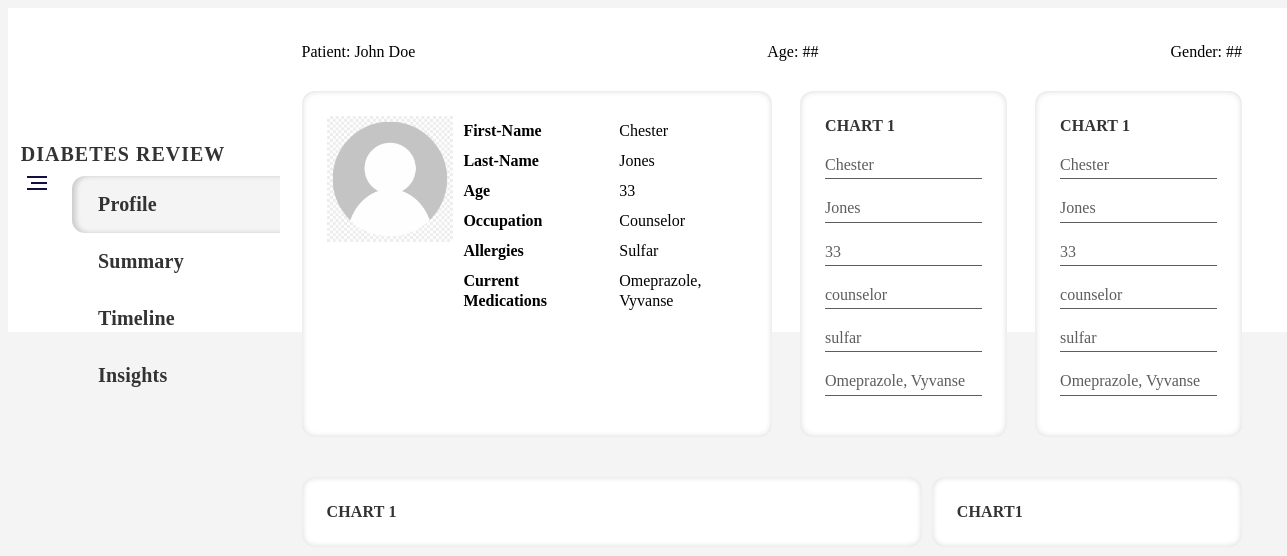
Repository: ariellecerini/clinical-reasoning
Page: /
The author's editor kept a copy of each file at every save. The page is drawn from the files as they stood at one save, then again after the next save.
The browser window is 1280 px wide. The page is 1287 px wide, so the pictures cover 1287 px, including what lies to the right of the window. The pictures show the whole page.
The project was rebuilt for these pictures with package versions that can differ from the ones it lists, and the page was loaded fresh each time.

Above is the page before, as saved 2021-07-19 00:06:55.

### src/App.vue
<template>

                <div class="page-container">
                    <div class="row">
                        <div class="col-3">
                        <side-panel v-bind="{showing: true, title: 'Diabetes Review'}" />
                        </div>
                        <div class="col-9 dashboard bodycontent">
                            <div class="row dashboard bodycontent top-bar" style="padding-bottom: 30px;">
                                <div>Patient: John Doe</div>
                                <div>Age: ##</div>
                                <div>Gender: ##</div>

                            </div>

                                <div class="row dashboard bodycontent" style="padding-bottom: 40px;">
                                    <div class="two-col">
                                        <profile-card :profile='data'/>
                                    </div>
                                     <div class="four-col">
                                        <info-module v-bind="{title: 'Chart 1', content: data}"/>
                                    </div>
                                     <div class="four-col">
                                        <info-module v-bind="{title: 'Chart 1', content: data}"/>
                                    </div>


                                </div>
                                <div class="row dashboard bodycontent">
                                    <div style="width: 66%; padding: 0;">
                                        <info-module v-bind="{title: 'Chart 1'}"/>
                                    </div>
                                    <div style="width: 33%;">
                                        <info-module v-bind="{title: 'Chart1'}"/>
                                    </div>
                                </div>
                        </div>
                    </div>
                </div>

</template>

<script>
import './stories/Dashboard/dashboard.css';
import './stories/style-tokens.css';
import SidePanel from './stories/Dashboard/Menu/SidePanel/SidePanel.vue'
import InfoModule from './stories/Dashboard/Components/InfoModule/InfoModule.vue';
import ProfileCard from './stories/Dashboard/Components/ProfileCard/ProfileCard.vue';
import './assets/bootstrap-4.1.3-dist/css/bootstrap-grid.min.css';
import profileData from "./assets/profileData.json";
import sampleData from "./assets/sampleData.json";

export default {
    name: "dashboard-layout",
    components: {
    InfoModule,
    SidePanel,
    ProfileCard
  },

    props:{
        title: String
    },
   data(){

        return{
            data: profileData,
            sample: sampleData
        }
      }

}
</script>

<style scoped>
.page-container{
    width: 100%;
    padding: 0;
    margin: 0;
    display:flexbox;
    justify-content: space-between;
}

.row.dashboard.bodycontent{
    width: 100%;
    display: flexbox;
    justify-content: space-between;

}
.col-9.dashboard.bodycontent{
    width: 100%;
    padding: 35px 30px 35px 0;

}
.two-col{
  width:50%;
}
.three-col{
    width: 33%;
}

.four-col{
    width: 22%;
}

iframe.sb-show-main.sb-main-padded{
    padding: 0 !important;
}
.card{
    width: 100%;
}

p{
  margin-top: 5px !important;
  margin-bottom: 5px !important;
}
</style>

### src/stories/Dashboard/dashboard.css
.card{
    background: var(--cardBackground) 0% 0% no-repeat padding-box;
    box-shadow: inset 0px 0px 6px #00000029;
    border-radius: 13px;
    width: 90%;
    height: 100%;
    padding: 25px;
    margin: auto;
}

h3.card-title.dashboard{
    text-align: left;
    font: normal normal bold 16px/20px IBM Plex Sans;
    letter-spacing: 0.18px;
    color: var(--black);
    text-transform: uppercase;
    opacity: 1;
    margin: 0;
}

.listItem{
    border-bottom: 1px solid var(--gray4);
    text-align: left;
    font: normal normal 400 16px/20px IBM Plex Sans;
    letter-spacing: 0px;
    color: #5D5D5D;
    opacity: 1;
    padding: 2% 0;
}

.main-nav{
    margin: 0;
}
.sidebar{
    /* display: none; */
display: inline-block;
position: fixed;
height: 90%;
margin-top: 10%;
}

### src/stories/Dashboard/Menu/SidePanel/SidePanel.vue
<template>


<div id="app">
 <nav class="main-nav">
     <div class="logo">
       {{ title }} <Burger></Burger>
     </div>

   </nav>
    <Sidebar class="sidebar menu navholder">

        <div class="menu-items">
            <menu-item @onClick="onClick" v-bind="{ active: true, hover: false, label: 'profile' }"/>
            <menu-item @onClick="onClick" v-bind="{ active: false, hover: false, label: 'summary' }"/>
            <menu-item @onClick="onClick" v-bind="{ active: false, hover: false, label: 'timeline' }"/>
            <menu-item @onClick="onClick" v-bind="{ active: false, hover: false, label: 'insights' }"/>
        </div>
   </Sidebar>



<!-- onclick function needs to be added
        set all 'active' props to false except for the menu item that was clicked
        switch the displayed info to the page that corresponds with the menu item
    -->

    </div>
</template>

<script>
import '../MenuItem/Menu.css';
import MenuItem from '../MenuItem/MenuItem.vue';
import Burger from '../MenuItem/Burger.vue';
import Sidebar from '../SidePanel/Sidebar.vue';
// import '../../../assets/normalize.css'

export default {
 name: 'side-panel',
  components: {
      MenuItem,
      Burger,
      Sidebar
      },
 props: {
     title: {
      type: String,
      required: true
    }
 }
}
</script>

<style scoped>
 .main-nav {
   display: flex;
   justify-content: space-between;
   padding: 0.5rem 0.8rem;
 }

 ul.sidebar-panel-nav {
   list-style-type: none;
 }

 ul.sidebar-panel-nav > li > a {
   color: #fff;
   text-decoration: none;
   font-size: 1.5rem;
   display: block;
   padding-bottom: 0.5em;
 }
</style>

### src/stories/Dashboard/Components/InfoModule/InfoModule.vue
<template>
  <Card class="card">
    <h3 class="card-title dashboard">{{title}}</h3>
    <div v-if= "contentType === 'ListTable'">
      <ListTable v-bind="{content: content}" />
      </div>
  </Card>
</template>

<script>
import '../../dashboard.css';
import Card from '../Card/Card.vue';
import ListTable from '../ListTable/ListTable.vue'
// import '../../../assets/normalize.css'

// import '../../../assets/style.css'

export default {
  name: 'info-module',
  components: { Card, ListTable },
  props: {
    title: {
      type: String,
      required: true,
      default: "Insert Title Here"
    },
    content: {
      type: Array,
      required: false

    },
    contentType:{
      type: String,
      required: true,
      default: 'ListTable'
    }
  },
};
</script>

### src/stories/Dashboard/Components/ProfileCard/ProfileCard.vue
<template>
  <Card class="card">
   <div class="profile-card">
       <div class="left-side">
            <div class="profile-image" style="width: 100%;">
                    <img src="../../../assets/place-holder.png" style="width: 100%;">
                </div>

            {{profile.name}}
        </div>

        <div class="right-side">
            <div v-for="(value, name) in profile" :key="value">
                <!-- <div v-for="newDataValue in newDataValues" :key="newDataValue"> -->
                 <div style="display: flex; justify-content: space-between;  font: normal normal 500 16px/20px IBM Plex Sans">
                    <div style="width: 45%;">
                        <p>
                          <strong>
                            {{name}}
                          </strong>
                        </p>
                    </div>
                    <div style="width: 45%; ">
                      <p>
                        {{value}}
                      </p>
                    </div>
                </div>
                    <!-- </div> -->
            </div>
        </div>
      </div>
  </Card>
</template>

<script>
import '../../dashboard.css';
import Card from '../Card/Card.vue';

// import '../../../assets/normalize.css'

// import '../../../assets/style.css'

export default {
  name: 'profile-card',
  components: { Card },
  props: {
    title: {
      type: String,
      required: true,
      default: "Insert Title Here"
    },
    profile:{
      type: Array,
      required: true
    },
    image:{
      type: String,
      required: false
          }
  }
};
</script>

<style scoped>
.profile-card{
  display: flex;
  justify-content: space-between;
}

p{
  margin-top: 5px;
  margin-bottom: 5px;
  text-transform: capitalize;
}
.left-side{
  width: 30%;
}
</style>

### src/stories/Dashboard/Menu/MenuItem/Menu.css
.sb-show-main.sb-main-padded{
    background: #fafafa;

}
.nav-item {
    box-shadow: none;
    padding-top: 15px;
    padding-bottom: 15px;
    padding-left: 10%;
    margin-left: auto;
    width: 80%;
    text-align: left;
    text-transform:capitalize;
    font: normal normal 600 20px/27px IBM Plex Sans;
    letter-spacing: 0.2px;
    color: var(--black);
    border-radius: 0;
}

.nav-item.nav-item-hover{
    background-color: var(--gray1);
    border-radius: 13px 0px 0px 13px;
}

.nav-item:hover{
    background-color: var(--appBgColor);
    border-radius: 13px 0px 0px 13px;
}
.nav-item.nav-item-active {
    box-shadow: inset 4px 0px 5px #00000029;
    border-radius: 13px 0px 0px 13px;
    background-color: var(--appBgColor);

   }

/* 'nav-item--active': this.active,
'nav-item--rounded': this.rounded, */

.sidebar.menu.navholder{
    /* background: #FFFFFF 0% 0% no-repeat padding-box; */
    /* box-shadow: inset 0px 3px 10px #00000029; */
    opacity: 1;
    width: 100%;
    height: 100vh;
    justify-content: flex-start;
    max-width: 303px;
    display: flex;
    position: fixed;
    flex-direction: column;
    padding-bottom: 10%;
}

.site-title{
    margin-top: 10%;
    margin-bottom: 10%;
    text-align: center;
    font: normal normal 600 20px/27px IBM Plex Sans;
    letter-spacing: 1px;
    color: #333333;
    text-transform: uppercase;
    opacity: 1;
}

.logo{
    margin-top: 10%;
    margin-bottom: 10%;
    text-align: center;
    font: normal normal 600 20px/27px IBM Plex Sans;
    letter-spacing: 1px;
    color: #333333;
    text-transform: uppercase;
    opacity: 1;
}

.main-nav{
    background-color: var(--menuBackground);
    position: fixed;
    width: 100%;
}

### src/stories/Dashboard/Menu/MenuItem/MenuItem.vue
<template>
  <div :class="classes" @click="onClick">{{ label }}</div>
</template>

<script>
import './Menu.css';
import '../../../assets/style.css'
// import '../../../assets/normalize.css'

export default {
  name: 'menu-item',

  props: {
    label: {
      type: String,
      required: true,
    },
    active:{
      type: Boolean,
      default: true
    },
    hover: {
      type: Boolean,
      default: false,
    },

  },

  computed: {
    classes() {
      return {
        'nav-item': true,
        'nav-item-active': this.active,
        'nav-item-hover': this.hover
      };
    },

  },

  methods: {
    onClick() {
      this.$emit('onClick');
    },
  },
};
</script>

### src/stories/Dashboard/Menu/MenuItem/Burger.vue
<template>
    <div id="burger"
         :class="{ 'active' : isBurgerActive }"
         @click.prevent="toggle">
        <slot>
            <button type="button" class="burger-button" title="Menu">
                <span class="burger-bar burger-bar--1"></span>
                <span class="burger-bar burger-bar--2"></span>
                <span class="burger-bar burger-bar--3"></span>
            </button>
        </slot>
    </div>
</template>
<script>
    export default {
        data: () => ({
            isBurgerActive: false
        }),
        methods: {
            toggle() {
                this.isBurgerActive = !this.isBurgerActive
            }
        }
    }
</script>
<style>
   .hidden {
        visibility: hidden;
    }

    button {
        cursor: pointer;
    }

    /* remove blue outline */
    button:focus {
        outline: 0;
    }

    .burger-button {
        position: relative;
        height: 30px;
        width: 32px;
        display: block;
        z-index: 999;
        border: 0;
        border-radius: 0;
        background-color: transparent;
        pointer-events: all;
        transition: transform .6s cubic-bezier(.165,.84,.44,1);
    }

    .burger-bar {
        background-color: #130f40;
        position: absolute;
        top: 50%;
        right: 6px;
        left: 6px;
        height: 2px;
        width: auto;
        margin-top: -1px;
        transition: transform .6s cubic-bezier(.165,.84,.44,1),opacity .3s cubic-bezier(.165,.84,.44,1),background-color .6s cubic-bezier(.165,.84,.44,1);
    }

    .burger-bar--1 {
        -webkit-transform: translateY(-6px);
        transform: translateY(-6px);
    }

    .burger-bar--2 {
        transform-origin: 100% 50%;
        transform: scaleX(.8);
    }

    .burger-button:hover .burger-bar--2 {
        transform: scaleX(1);
    }

    .no-touchevents .burger-bar--2:hover {
        transform: scaleX(1);
    }

    .burger-bar--3 {
        transform: translateY(6px);
    }

    #burger.active .burger-button {
        transform: rotate(-180deg);
    }

    #burger.active .burger-bar {
        background-color: #fff;
    }

    #burger.active .burger-bar--1 {
        transform: rotate(45deg)
    }

    #burger.active .burger-bar--2 {
        opacity: 0;
    }

    #burger.active .burger-bar--3 {
        transform: rotate(-45deg)
    }
</style>

### src/stories/Dashboard/Menu/SidePanel/Sidebar.vue
<template>
    <div class="sidebar">
        <div class="sidebar-backdrop" @click="closeSidebarPanel" v-if="isPanelOpen"></div>
        <transition name="slide">
            <div v-if="isPanelOpen"
                 class="sidebar-panel">
                <slot></slot>
            </div>
        </transition>
    </div>
</template>
<script>
    export default {
        data: () => ({
            isPanelOpen: true
        }),
        methods: {
            closeSidebarPanel() {
                this.isPanelOpen = false
            }
        }
    }
</script>
<style>
    .slide-enter-active,
    .slide-leave-active
    {
        transition: transform 0.2s ease;
    }

    .slide-enter,
    .slide-leave-to {
        transform: translateX(-100%);
        transition: all 150ms ease-in 0s
    }

    .sidebar-backdrop {
        width: 100vw;
        height: 100vh;
        position: fixed;
        top: 0;
        left: 0;
        cursor: pointer;
    }

    .sidebar-panel {
        overflow-y: auto;
        position: fixed;
        left: 0;
        top: 0;
        height: 100vh;
        z-index: 999;
        padding: 3rem 20px 2rem 20px;
        margin-top: 10%;
        width: 300px;
    }
</style>

### src/stories/Dashboard/Components/Card/Card.vue
<template>
  <div class="card"><slot/></div>
</template>

<script>
import '../../dashboard.css'
// import '../../../assets/normalize.css'

// import '../../../assets/style.css'

export default {
  name: 'card',

  props: {
    content: {
      type: Array,
      required: true,
    }
  },
};
</script>

### src/stories/Dashboard/Components/ListTable/ListTable.vue
<template>
  <div class="listTable" v-for="item in content" :key="item">
    <ListItem v-bind="{ entry: item }" />
  </div>
</template>

<script>
import '../../dashboard.css';
// import '../../../assets/style.css'
import ListItem from '../ListItem/ListItem.vue'
// import '../../../assets/normalize.css'

export default {
  name: 'list-table',
  components: { ListItem },
  props: {
    entry: {
      type: String,
      required: true,
    },
    content: {
      type: Array,
      required: false
    }
  },
  computed: {
    info() {
      return {
        'this.entry': true
      };
    },
  }
};
</script>

### src/stories/assets/style.css

:root {
    /*color for UI*/
    --dkOrange: #ef6a42;
    --orange: #ffeed6;
    --ltOrange: #fdf4e7;
    --dkTeal: #115f6c;
    --teal: #d7f4f5;
    --ltTeal: #edfeff;
    --dkBlue: #2f3b51;
    --blue: #dbe6f8;
    --ltBlue: #fafafa;
    --gray1: #f4f4f4;
    --gray2: #d8d8d8;
    --gray3: #727272;
    --gray4: #5d5d5d;
    --black: #333333;
    --white: #fff;

    /*background-colors*/
    --windowbgColor: #f4f4f4;
    --appBgColor: var(--gray1);

    /*text colors*/
    --bodyCopy: var(--black);
    --headLineCopy: var(--black);
    --headLineCopyLt: var(--white);

    /*conditional colors*/
    --suggestionDark: var(--dkOrange);
    --suggestionLight: var(--ltOrange);
    --adherenceDark: var(--dkTeal);
    --adherenceLight: var(--ltTeal);

    /*container sizes*/
    --deviceContainer: 420px;

    /*border styling*/
    --borderRadius: 5pt;

    /*object shadow styling*/
    --shadowStyleOne: 0 1pt 2pt #00000014;
    --shadowStyleTwo: 0 0 3px #00000029;
    --shadowStyleThree: 0 0 3px #00000016;
    --shadowStyleFour: 0 0.125rem 0.5rem rgb(0 0 0 / 10%),
      0 0.0625rem 0.125rem rgb(0 0 0 / 6%);
    --shadowStyleFive: 3pt 3pt 8pt #0000000a;
    --shadowStyleSix: 0pt 1pt 2pt #0000000a;

    /*navbar*/
    --navLinkColor: var(--black);
    --navOpenBgColor: var(--gray1);
    --navBannerBgColor: var(--white);

    /*font-specifications*/
    --baseFontSize: 12pt;
    --fontFamily: "IBM Plex Sans", sans-serif;

    /*card styling*/
    --cardShadow: 0 3pt 6pt #00000029;
    --cardBackground: var(--white);

    /*multi-view slider*/
    --btmPadding: 4%;

    /*with image*/
    --spaceBtwnImage: 5%;

    /*without image*/
    --spaceBtwnNImage: 6%;

    /*single view slider*/
    --cardBorderRadius: 10pt;

    /*menu styling*/
    --menuBackground: var(--white);
    --sidePanelBackground: var(--white);
  }

body{
    background: var(--appBgColor);
}

.navitem .bg-primary .rounded .navitem-active{

    background-color: var(--appBgColor);
    box-shadow: inset 4px 0px 5px #00000029;
    border-radius: 13px 0px 0px 13px;
}

p{
  font-weight: 300;
}


/* .menu-item{

    background-color: var(--appBgColor);
    box-shadow: inset 4px 0px 5px #00000029;
    border-radius: 13px 0px 0px 13px;
} */

### src/stories/Dashboard/Components/ListItem/ListItem.vue
<template>
  <div>
    <p class="listItem">{{entry}}</p>
  </div>
</template>

<script>
import '../../dashboard.css';
// import '../../../assets/normalize.css'

// import '../../../assets/style.css'

export default {
  name: 'list-item',
  props: {
    entry: {
      type: String,
      required: true,
      default: "Insert Line Item Here"
    }
  },
};
</script>

Loaded but not shown: public/index.html (common file); src/main.js (common file); src/assets/bootstrap-4.1.3-dist/css/bootstrap-grid.min.css (library); src/assets/sampleData.json (28 lines, source omitted); src/assets/profileData.json (8 lines, source omitted); src/stories/style-tokens.css (305 lines, source omitted)

After the next save:
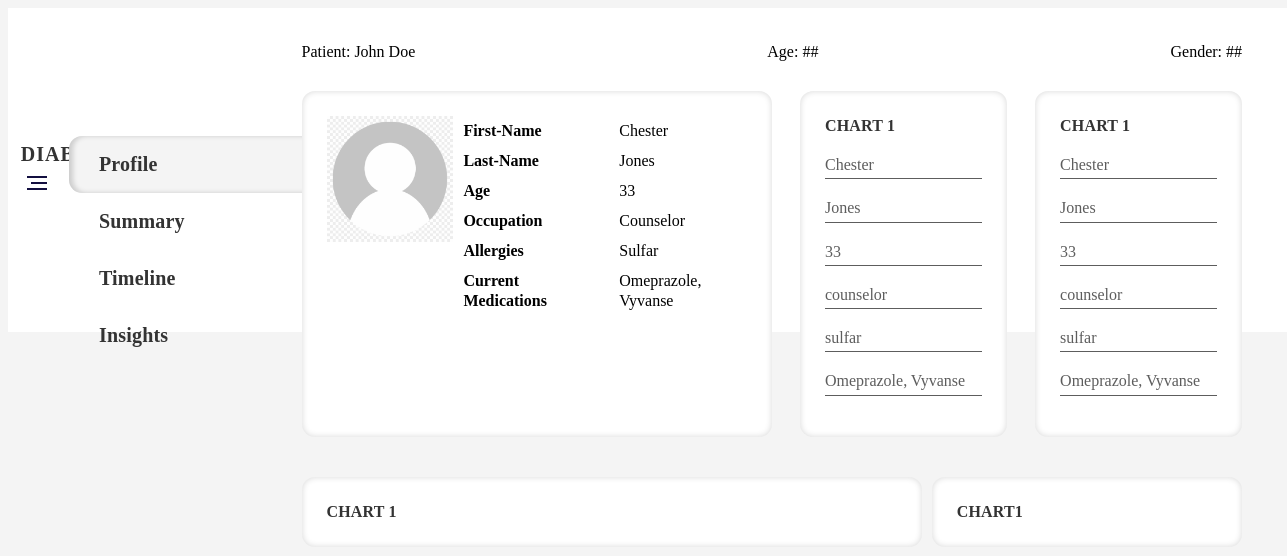
Saved 87 s later.
--- a/src/stories/Dashboard/Menu/SidePanel/Sidebar.vue
+++ b/src/stories/Dashboard/Menu/SidePanel/Sidebar.vue
@@ -21,37 +21,3 @@
         }
     }
 </script>
-<style>
-    .slide-enter-active,
-    .slide-leave-active
-    {
-        transition: transform 0.2s ease;
-    }
-
-    .slide-enter,
-    .slide-leave-to {
-        transform: translateX(-100%);
-        transition: all 150ms ease-in 0s
-    }
-
-    .sidebar-backdrop {
-        width: 100vw;
-        height: 100vh;
-        position: fixed;
-        top: 0;
-        left: 0;
-        cursor: pointer;
-    }
-
-    .sidebar-panel {
-        overflow-y: auto;
-        position: fixed;
-        left: 0;
-        top: 0;
-        height: 100vh;
-        z-index: 999;
-        padding: 3rem 20px 2rem 20px;
-        margin-top: 10%;
-        width: 300px;
-    }
-</style>

After the save that followed:
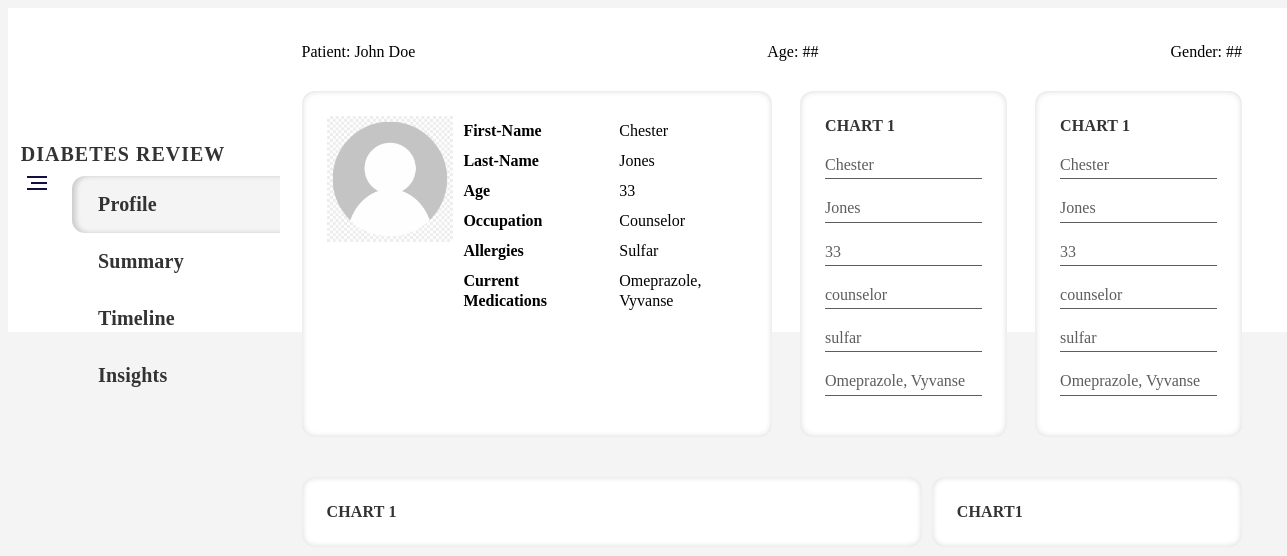
Saved 4 s later.
--- a/src/stories/Dashboard/Menu/MenuItem/Menu.css
+++ b/src/stories/Dashboard/Menu/MenuItem/Menu.css
@@ -77,3 +77,37 @@
     position: fixed;
     width: 100%;
 }
+
+
+.slide-enter-active,
+    .slide-leave-active
+    {
+        transition: transform 0.2s ease;
+    }
+
+    .slide-enter,
+    .slide-leave-to {
+        transform: translateX(-100%);
+        transition: all 150ms ease-in 0s
+    }
+
+    .sidebar-backdrop {
+        width: 100vw;
+        height: 100vh;
+        position: fixed;
+        top: 0;
+        left: 0;
+        cursor: pointer;
+    }
+
+    .sidebar-panel {
+        overflow-y: auto;
+        position: fixed;
+        left: 0;
+        top: 0;
+        height: 100vh;
+        z-index: 999;
+        padding: 3rem 20px 2rem 20px;
+        margin-top: 10%;
+        width: 300px;
+    }
